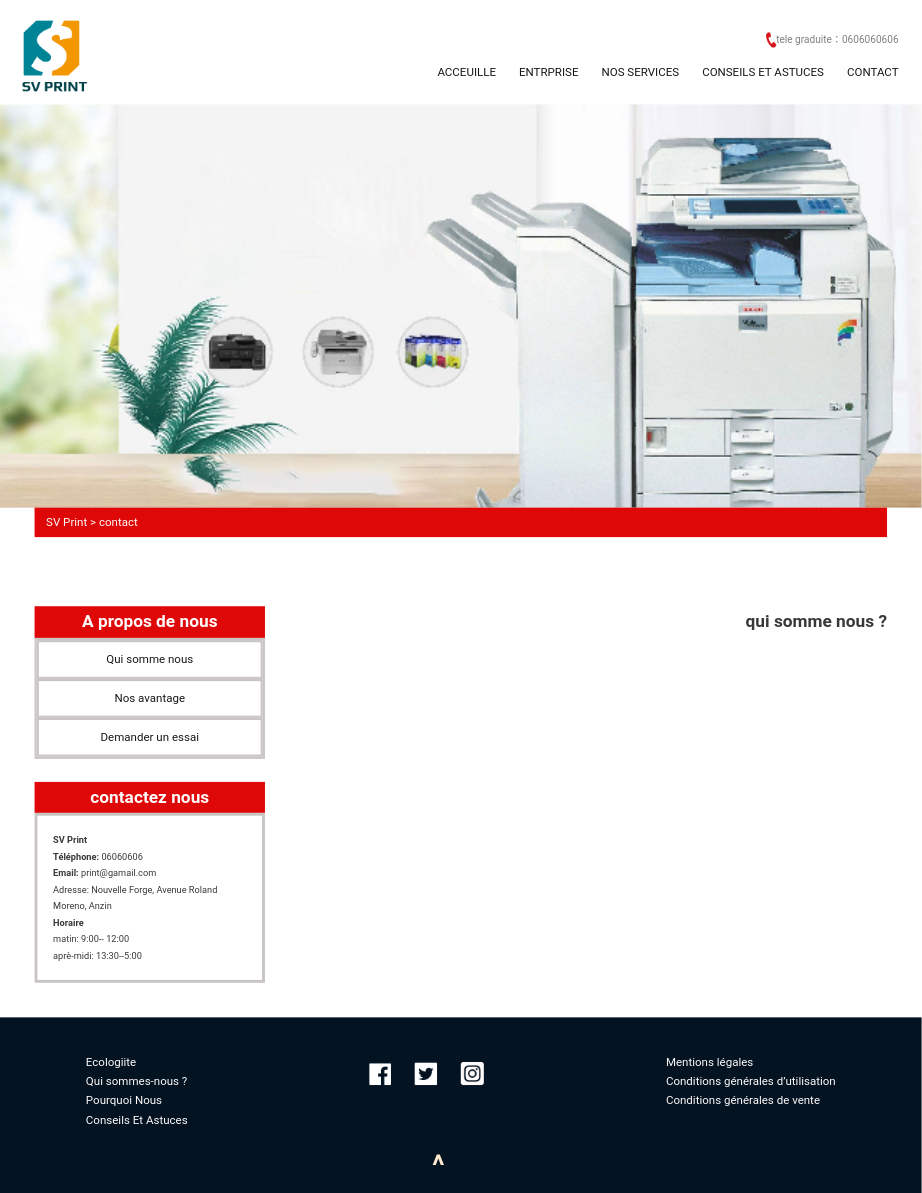
Repository: clairedupuich/sv_print
Page: index.html
These files come from the project's save history. The page is drawn as it stood at one moment and after the next save; the edit follows.
The browser window is 1280 px wide. The pictures show the whole page, at 72% of full size.

Above is the page before, as saved 2020-12-04 00:28:46.
Console error: TypeError: Cannot read properties of null (reading 'appendChild')

### index.html
<!doctype html>
<html>
<head>
  <meta charset="utf-8">
  <meta name="viewport"
        content="width=device-width, initial-scale=1, user-scalable=no">
<title>SV Print</title>

<link href="style.css" rel="stylesheet" type="text/css">
<script src="print.js" type="text/javascript"></script>
</head>
<body>
<header id="fh5co-header">




  <div class="logo_nav"id="logo_nav">
    <img src="img/logo4.png" alt="SV Print" class="logo" />
     <div class="nav_tele">
      <div class="tel">
        <img src="img/call.png" class="margin-small-right"
        alt="" />tele graduite：0606060606</div>
    <ul class="nav nav-menu nav-inline nav-split nav-right text-big">
      <li id="liHome" class="home"> <a href="">ACCEUILLE</a></li>
      <li id="liabout-us" class="dropdown"><a href="">ENTRPRISE</a></li>
      <li id="liproducts" class="dropdown"><a href="">NOS SERVICES</a></li>
      <li class="side_nav1" id="cat2"><a href="">CONSEILS ET ASTUCES</a></li>
      <li class="side_nav1" id="cat1"><a href="">CONTACT</a></li>
    </ul>
    </div>
  </div>
</header>



    <div id="view">
      <ul id="img_list">
        <li id="slider1" class="owl-item"><img src="img/img_slider_1.png" class="img_slider" alt=""></li>
        <ul class="boutton_change">
          <a href="#slider5"><li><b> < </b></li></a>
          <a href="#slider2"><li><b> > </b></li></a>
        </ul>
        <li id="slider2" class="owl-item"><img src="img/Group 4.png" alt="" class="img_slider"></li>
        <ul class="boutton_change">
          <a href="#slider1"><li><b> < </b></li></a>
          <a href="#slider3"><li><b> > </b></li></a>
        </ul>
        <li id="slider3" class="owl-item"><img src="img/img_slider_31.png" alt="" class="img_slider"></li>
        <ul class="boutton_change">
          <a href="#slider2"><li><b> < </b></li></a>
          <a href="#slider4"><li><b> > </b></li></a>
        </ul>
        <li id="slider4" class="owl-item"><img src="img/promo.png" alt="" class="img_slider"></li>
        <ul class="boutton_change">
          <a href="#slider3"><li><b> < </b></li></a>
          <a href="#slider4"><li><b> > </b></li></a>
        </ul>
      </ul>
    </div>

<div class="blankbig"></div>
<!-- 临时图片 -->
<div class="img_big">
  <!-- <h3>Notre philosophie</h3>
  <p>"Ne vous plaignez jamais du client à caractère difficile car il est la caust de vos progrès"<br><br>Auguste Detoeuf</p> -->
</div>



<main>
  <div class="red">
    <p>SV Print > contact</p>
  </div>
  <div class="container_cont">
    <div class="left">
      <div class="top">
        <p class="titre">A propos de nous</p>
        <div class="about_us">
        <p class="li_left"><a href="">Qui somme nous</a></p>
        <p class="li_left"><a href="">Nos avantage</a></p>
        <p class="li_left"><a href="">Demander un essai</a></p>
      </div>
      </div>
      <div class="bottom">
        <h3 class="titre">contactez nous</h3>
        <p class="adress">
         <b>SV Print </b> <br>
         <b>Téléphone:</b> 06060606
        <br><b>Email:</b> print@gamail.com
        <br>Adresse:</b> Nouvelle Forge, Avenue Roland Moreno, Anzin

        <br><b>Horaire</b>
        <br>matin: 9:00-- 12:00
        <br>aprè-midi: 13:30--5:00
        </p>
      </div>
    </div>

    <div class="right" id="cont">
      <div class="presant">
        <h3>qui somme nous ?</h3>
        <p></p>
      </div>
  </div>
</main>



          <footer>
            <div class="textFooterC">
                <div class="texFooter">
                    <a href="" class="textFooterEle">Ecologiite</a>
                    <a href="" class="textFooterEle">Qui sommes-nous ? </a>
                    <a href="" class="textFooterEle">Pourquoi Nous</a>
                    <a href="" class="textFooterEle">Conseils Et Astuces</a>

                </div>
                <div class="texFooter1 icon_footer">
                  <img src="img/Vector 1.png" alt="" class="iconFooter">
                  <img src="img/Vector2.png" alt="" class="iconFooter">
                  <img src="img/Vector 3.png" alt="" class="iconFooter">
                </div>
                <div class="texFooter">
                    <a href="" class="textFooterEle">Mentions légales</a>
                    <a href="" class="textFooterEle">Conditions générales d’utilisation</a>
                    <a href="" class="textFooterEle">Conditions générales de vente</a>
                </div>
            </div>
            <a href="#logo_nav" class="return_top"> ^ </a>
        </footer>
				</body>
</html>

### style.css
/* 主要部分 style.css */
* {
    margin: 0;
    padding: 0;
    list-style: none;
    text-decoration: none;
}

body {
    font-family: Roboto, Oxygen, Ubuntu, Cantarell, 'Open Sans', 'Helvetica Neue', sans-serif;
    font-size: 16px;
    line-height: 1.8;
    color: #3a3939;
    background: #FFF;
    height: 100%;

}

a:hover {
    text-decoration: none;
}


h1,
h2,
h3,
h4 {
    text-align: center;
    font-size: 1.5em;
    font-weight: bolder;
}
.logo {
    width: 12%;
    min-width: 4em;
    height: 12%;
    min-width: 4em;
}
.nav_tele {
    margin-right: 2em;
}
.tel {
    display: block;
    margin-bottom: 1.5em;
    text-align: right;
    line-height: 20px;
    color: #808080;
    font-size: 14px
}

.tel img {
    vertical-align: middle;
}

.logo_nav {
    display: flex;
    flex-direction: row;
    flex-wrap: wrap;
    align-items: center;
    margin-top: 1em;
    justify-content: space-between;
}
.logo_nav ul {
    display: flex;
    flex-direction: row;
    flex-wrap: wrap;
    align-items: center;
    justify-content: space-around;
    list-style: none;

}
.logo_nav ul li {
    margin-left: 2em;
}
.logo_nav ul li a{

    text-decoration: none;
    color: rgb(24, 22, 22);
    text-align: center;
}
.logo_nav ul li:hover {
     background-color: rgb(78, 120, 135);
     background-clip: content-box;

}
/* nav 结束 */

/* slider */

.img_slider {
    width: 100%;
    height: 45em;
    position: absolute;
}
#view {
    position: relative;
    width: 100%;
    overflow: hidden;
}
#view:after {
    content: '.';
    display: block;
    clear: both;
    height: 0;
    visibility: hidden;
  }
  #img_list {
    position: absolute;
    width: 100%;
  }
  #img_list li {
    float: left;
     width: 100%;
    height:46em;
  }
.blankbig {
    clear: both;
}


.boutton_change {
    display: flex;
    flex-direction: row;
    justify-content: space-around;
    cursor: pointer;
    padding: 2em 46% 0;
  }
  .boutton_change a {
    color: #000000;
    text-decoration: none;
  }
  .boutton_change a li {
    list-style: none;
  }

.container {
    display: flex;
    flex-direction: row;
    flex-wrap: wrap;
    align-items: center;
    justify-content: center;
    margin: 3.5em auto;
    text-align: center;
}
/* image replace */
.img_big {
    background-image: url(img/slider_img1.png);
    background-position: center;
    background-repeat: no-repeat;
    background-size: cover;
    height: 19em;
    padding: 12em 2em 4em 30em;
    color: ivory;
}
.img_big p {
    padding-left: 17em;
    margin-top: 3em;
}


/* footer commence */
footer {

    color: snow;
    margin-top: 2em;
    width: 100%;
    background-color: #031322;
    margin-bottom: 0;
}
.textFooterC {
    display: flex;
    flex-direction: row;
    flex-wrap: wrap;
    justify-content: space-around;
    padding-top: 3em;
    padding-bottom: 1em;
}
.texFooter {
    display: flex;
    flex-direction: column;
    line-height: 1.7em;

}

.textFooterEle {
    text-decoration: none;
    list-style: none;
    color: snow;
}
.iconsFooter {
    background-color: #0F4C81;
    text-align: center;
}
.iconFooter{
   padding: 0.9em;
}
.return_top {
    width: 100%;
    font-size: 2.5em;
    font-weight: bold;
    color: blanchedalmond;
    text-align: center;
    margin-left: 15em;
    /* margin-bottom: -3em; */
}

/* page contact commance */
.red {
    margin: 0 3em;
    padding: .4em 1em;
    background-color: rgb(223, 8, 8);
    color: snow;
    margin-bottom: 6em;
}
.container_cont {
    margin: 3em;
    display: flex;
    flex-direction: row;
    flex-wrap: wrap;
    justify-content: space-between;
}
.top {
    width: 30%;
    min-width: 20em;
    text-align: center;
    margin-bottom: 2em;

}

.about_us {
    border: solid rgb(201, 197, 197) 3px;
    line-height: 3em;
}
.li_left {
    padding: 2em auto;
    color: black;
    border: solid rgb(201, 197, 197) 3px;
}
.li_left:hover {
    background-color: rgb(201, 197, 197);
}
.li_left a {
    color: rgb(26, 24, 24);
}
.titre {
    padding: 2.5em auto;
    color: snow;
    background-color:  rgb(223, 8, 8);;
    font-size: 1.5em;
    font-weight: bold;
}
.bottom {
    width: 30%;
    min-width: 20em;
    text-align: left;
}
.bottom p {
    font-size: .8em;
    border: solid rgb(201, 197, 197) 4px;
    padding: 1.7em;
}

### print.js
/* for the slider */
var img_list = document.getElementById('img_list');
setInterval(function () {
    img_list.appendChild(img_list.firstChild);
}, 2500)

After the next save:
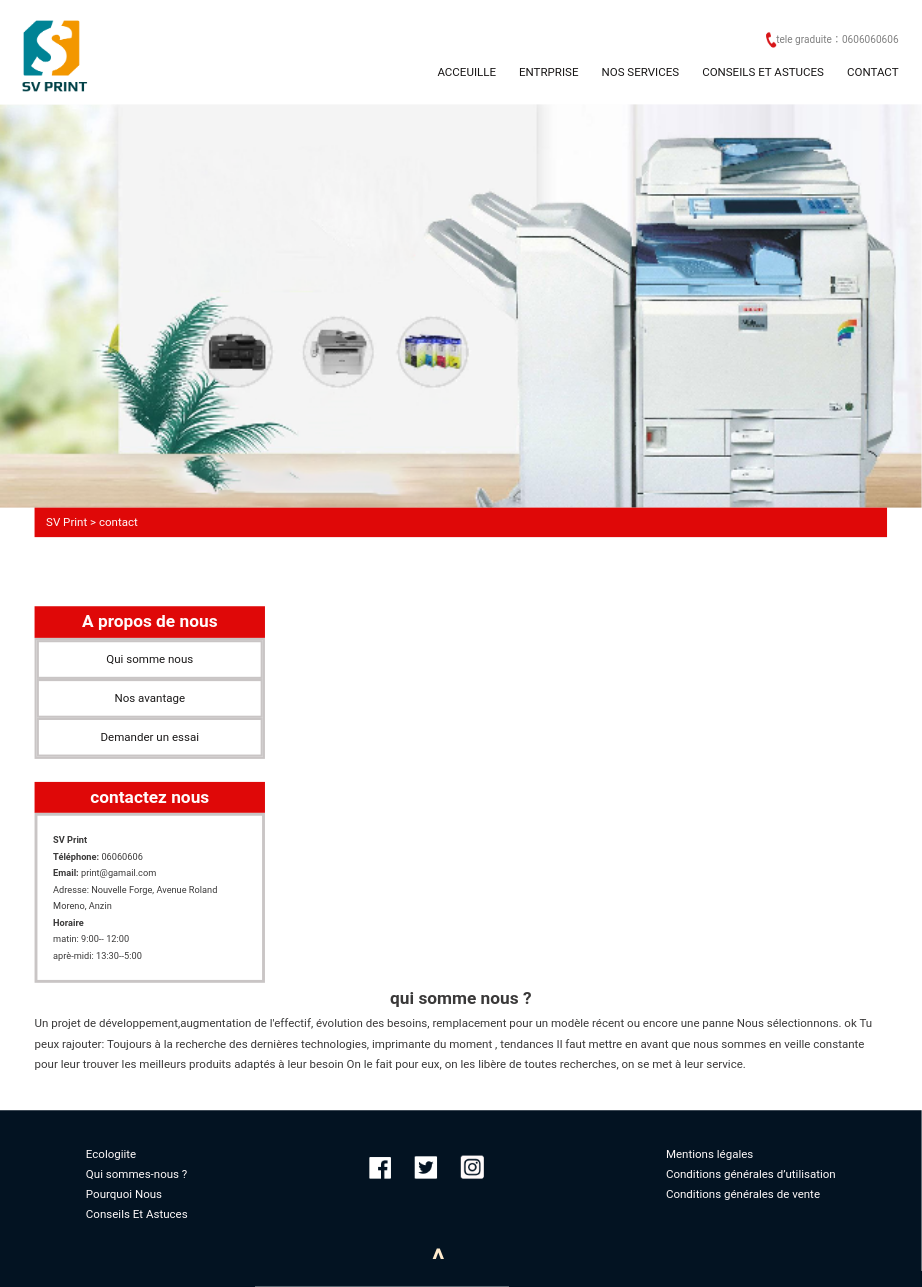
Saved 4 min 35 s later.
--- a/index.html
+++ b/index.html
@@ -100,7 +100,12 @@
     <div class="right" id="cont">
       <div class="presant">
         <h3>qui somme nous ?</h3>
-        <p></p>
+        <p>Un projet de développement,augmentation de l'effectif, évolution des besoins, remplacement pour un modèle récent ou encore une panne
+          Nous sélectionnons.	ok
+          Tu peux rajouter:
+          Toujours à la recherche des dernières technologies, imprimante du moment , tendances
+          Il faut mettre en avant que nous sommes en veille constante pour leur trouver les meilleurs produits adaptés à leur besoin
+          On le fait pour eux, on les libère de toutes recherches, on se met à leur service.</p>
       </div>
   </div>
 </main>
